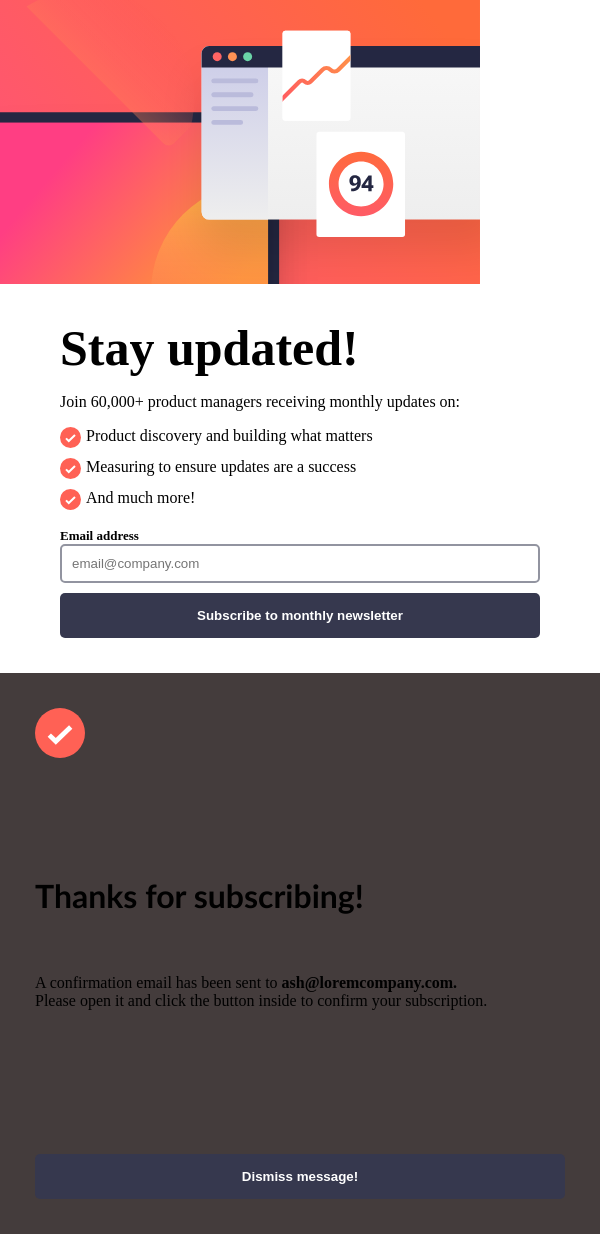
Repository: Celebration-cloud/Newsletter
Page: index.html
An editor plug-in stored every save of this project. The page is shown before and after the next save, followed by the edit.
The browser window is 600 px wide. The pictures show the whole page.

Above is the page before, as saved 2023-07-20 00:03:27.

### index.html
<!DOCTYPE html>
<html lang="en">
<head>
  <meta charset="UTF-8">
  <meta name="viewport" content="width=device-width, initial-scale=1.0"> <!-- displays site properly based on user's device -->

  <link rel="icon" type="image/png" sizes="32x32" href="./assets/images/favicon-32x32.png">
  <link rel="stylesheet" href="index.css">

  <title>Frontend Mentor | Newsletter sign-up form with success message</title>

  <!-- Feel free to remove these styles or customise in your own stylesheet 👍 -->
  <style>
    .attribution { font-size: 11px; text-align: center; }
    .attribution a { color: hsl(228, 45%, 44%); }
  </style>
</head>
<body>

  <!-- Sign-up form start -->
  <div id="container">
    <div id="home-page">
      <h2 id="news">Stay updated!</h2>
      <p id="content">Join 60,000+ product managers receiving monthly updates on:</p>
      <ul id="features">
        <li>
          <img id="list-icon" src="./assets/images/icon-list.svg" alt="" srcset="">
          <p>Product discovery and building what matters</p>
        </li>
        <li>
          <img id="list-icon" src="./assets/images/icon-list.svg" alt="" srcset="">
          <p>Measuring to ensure updates are a success</p>
        </li>
        <li>
          <img id="list-icon" src="./assets/images/icon-list.svg" alt="" srcset="">
          <p>And much more!</p>
        </li>
      </ul>
      <form action="email">
        <label for="email">Email address</label><br>
        <input type="email" name="email" required placeholder="email@company.com" id="email"><br>
        <button id="subscribe-btn" type="submit">Subscribe to monthly newsletter</button>
      </form>
    </div>
    <div id="sign-up"></div>
  </div>
  <script type="module" src="index.js"></script>


  <!-- Sign-up form end -->

  <!-- Success message start -->
  <div id="success">
    <img id="signed-icon" src="./assets/images/icon-list.svg" alt="" srcset="">
    <h2>Thanks for subscribing!</h2>
    <p>A confirmation email has been sent to <b>ash@loremcompany.com.</b> <br>
    Please open it and click the button inside to confirm your subscription.</p>
    <button type="reset" id="dismiss"><a href="index.html">Dismiss message!</a></button>
  </div>

<!--
  <div class="attribution">
    Challenge by <a href="https://www.frontendmentor.io?ref=challenge" target="_blank">Frontend Mentor</a>.
    Coded by <a href="#">Your Name Here</a>.
  </div> -->
</body>
</html>

### index.css
html, body{
    padding: 0;
    margin: 20px;
    box-sizing: border-box;
    background-color: hsl(234, 29%, 20%);
    -webkit-user-select: none;
    user-select: none;
    display: flex;
    justify-content: center;

}

#container{
    background-color: white;
    display: flex;
    flex-wrap: wrap;
    justify-content: space-between;
    padding: 15px;
    column-gap: 10px;
    margin: 0;
    border-radius: 15px;
}

#sign-up{
    background-image: url(./assets/images/illustration-sign-up-desktop.svg);
    background-repeat: no-repeat;
    background-size: cover;
    width: 305px;
    height: 450px;
}

#home-page{
    width: 50%;
    margin: auto;
}

ul{
    list-style-type: none;
    padding: 0;
    display: flex;
    flex-direction: column;
    gap: 10px;
}

li{
    display: flex;
    margin: 0;
    padding: 0;
}

li p {
    margin: 0;
    padding-left: 5px;
    align-self: flex-start;
}

#list-icon{
    padding: 0;
    margin: 0;
    align-self: flex-start;
}

#news{
    font-size: 312.5%;
    padding: 0;
    margin: 0;
}



label{
    font-size: 13px;
    font-weight: bolder;
}

input{
    width: 100%;
    padding: 10px;
    box-sizing: border-box;
    border-radius: 5px;
    margin-bottom: 10px;
    border: 2px solid hsl(231, 7%, 60%);
}

button{
    width: 100%;
    padding: 15px;
    box-sizing: border-box;
    border-radius: 5px;
    border: none;
    color: white;
    font-weight: bolder;
    background-color: hsl(235, 18%, 26%);
}

#success{
    background-color: rgb(68, 60, 60);
}

@media (max-width: 741px) {
    html, body{
        padding: 0;
        margin: 0;
        display: inline;
    }
    #container{
        background-color: white;
        display: flex;
        flex-wrap: wrap;
        flex-direction: column-reverse;
        margin: 0;
        padding: 0;
        border-radius: none;
        border-radius: 0;
    }
    #home-page{
        margin: auto;
        width: 80%;
        padding: 35px;
    }
    #sign-up{
        background-image: url(./assets/images/illustration-sign-up-mobile.svg);
        background-repeat: no-repeat;
        background-size: cover;
        width: 80%;
        height: 284px;
    }
    #success{
        margin: auto;
        width: 100%;
        padding: 35px;
        height: 561px;
        box-sizing: border-box;
        display: flex;
        flex-direction: column;
        justify-content: space-between;
    }
    #success img{
        width: 50px;
        margin-bottom: 30px;
        margin-bottom: -10px;
    }
    #success h2{
        margin-top: -10px;
        font-weight: bolder;
        margin: 0;
        font-size: xx-large;
        font-family: 'Gill Sans', 'Gill Sans MT', Calibri, 'Trebuchet MS', sans-serif;
    }
    #success p{
        margin-top: -70px;
        font-weight: light;
    }
    #success button{

    }
    #success button a{
        text-decoration: none;
        color: white;
    }
}

### index.js
// import { initializeApp } from "https://www.gstatic.com/firebasejs/9.15.0/firebase-app.js"
// import { getDatabase, ref, push, onValue } from "https://www.gstatic.com/firebasejs/9.15.0/firebase-database.js"

// let appSettings = {
//     "databaseUrl": " https://playground-51efb-default-rtdb.europe-west1.firebasedatabase.app/ "
// }

// const app = initializeApp(appSettings)
// const database = getDatabase(app)
// const newsLetterDb = ref(database, "newsLetterDb")

const emailEL = document.getElementById("email")
const inputEL = document.getElementById("subscribe-btn")
const container = document.getElementById("container")
const dismiss = document.getElementById("dismiss")

function successful() {
    let successful = `
        <div id="success">
            <img id="signed-icon" src="./assets/images/icon-list.svg" alt="" srcset="">
            <h2>Thanks for subscribing!</h2>
            <p>A confirmation email has been sent to ash@loremcompany.com. <br>
            Please open it and click the button inside to confirm your subscription.</p>
            <button type="reset" id="dismiss">Dismiss message!</button>
        </div>
    `
    container.innerHTML = successful
    // dismiss()
}

inputEL.addEventListener("click", function() {
    // let inputValue = emailEL.value
    // inputEL = inputValue
    // push( newsLetterDb, inputEL)
    successful()
})

// function dismiss() {
//      let content = `

//      `

// }
// dismiss.addEventListener("click", function() {
//     dismiss()
// })

After the next save:
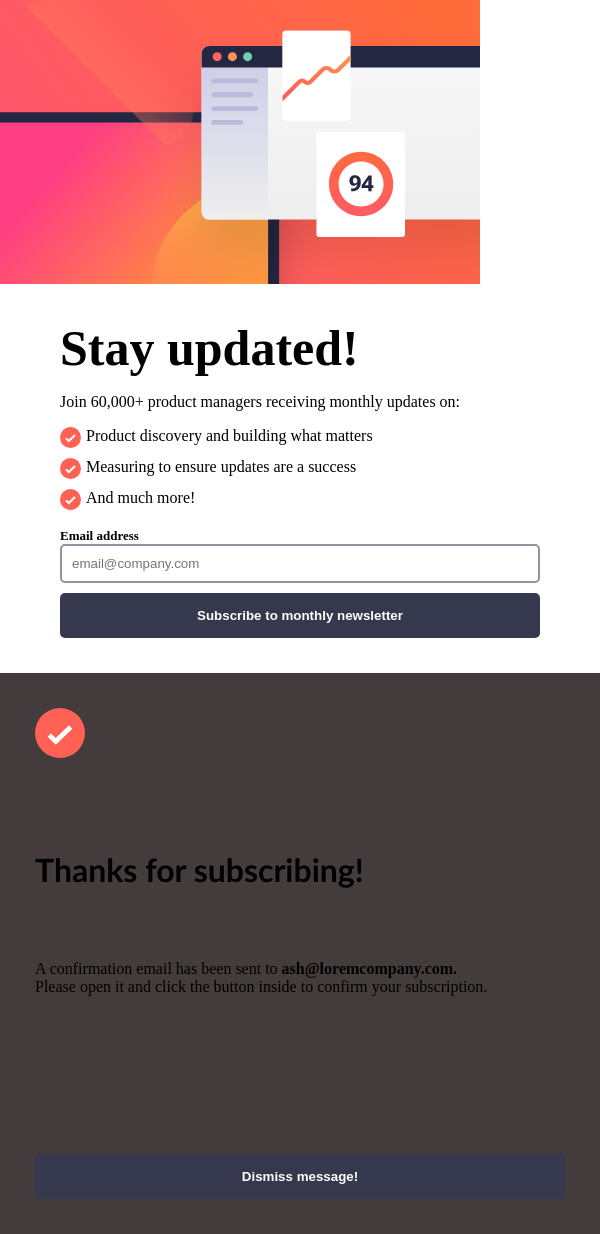
Saved 4 s later.
--- a/index.css
+++ b/index.css
@@ -138,7 +138,7 @@ button{
     #success img{
         width: 50px;
         margin-bottom: 30px;
-        margin-bottom: -10px;
+        margin-bottom: -50px;
     }
     #success h2{
         margin-top: -10px;
